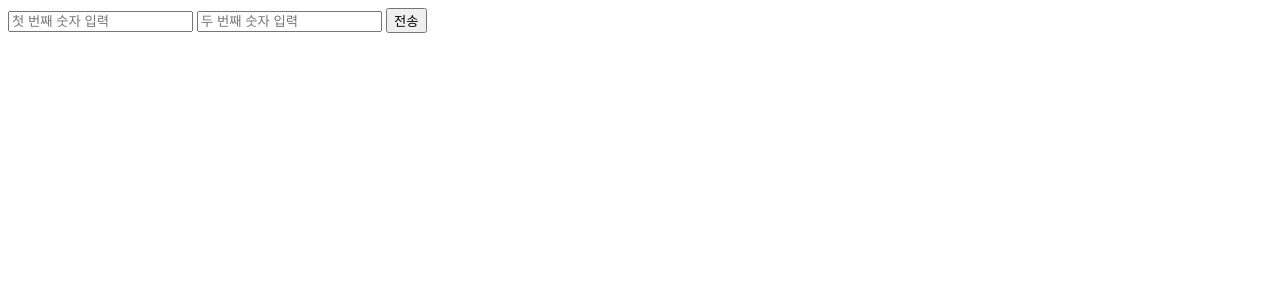
Repository: jiihyun12/jsp_study
Page: http://localhost/servlet/food_list.jsp
These files come from the project's save history. The page is drawn as it stood at one moment and after the next save; the edit follows.
The browser window is 1280 px wide. The pictures show the whole page.
The page is served by Tomcat 9.

Above is the page before, as saved 2025-03-05 03:09:57.

After the next save:
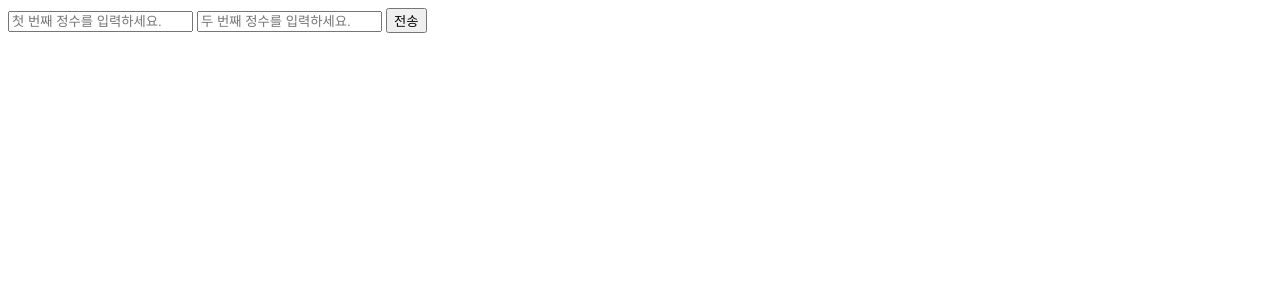
Saved 97 s later.
--- a/servlet/src/main/webapp/food_list.jsp
+++ b/servlet/src/main/webapp/food_list.jsp
@@ -7,33 +7,35 @@
 <title>음식 리스트</title>
 </head>
 <body>
-	<!--
-		두 수를 입력 받고, 두 수를 더한 결과값이 홀수인지 짝수인지
-		서블릿을 통해 응답해주는 페이지 구현
-		단, 두 수는 모두 유효성 검사가 필요하다.
-	 -->
+	 <!--
+      15분
+      두 수를 입력 받고, 두 수를 더한 결과값이 홀수인지 짝수인지
+      서블릿을 통해 응답해주는 페이지 구현 (MyServlet)
+      단, 두 수는 모두 유효성 검사가 필요하다.
+   -->
+   <form method="get" action="home">
+      <input name="num1" placeholder="첫 번째 정수를 입력하세요." />
+      <input name="num2" placeholder="두 번째 정수를 입력하세요." />
+      <button id="submit-button" type="button">전송</button>
+   </form>
 
-	<form method="post" action="home">
-      <input type="number" name="num1" placeholder="첫 번째 숫자 입력" />
-      <input type="number" name="num2" placeholder="두 번째 숫자 입력" />
-      <button type="button">전송</button>
-   	</form>
 </body>
+<script type="text/javascript">
+   const button = document.getElementById("submit-button");
+   const num1 = document.querySelector("input[name='num1']");
+   const num2 = document.querySelector("input[name='num2']");
 
-<script type="text/javascript">
-const form = document.querySelector("form");
-	const button = document.querySelector("button");
-	const num1 = document.querySelector(["input[name='num1']"]);
-	const num2 = document.querySelector(["input[name='num2']"]);
+   button.addEventListener("click", () => {
+      if(!num1.value){
+         alert('첫 번째 정수를 입력하세요. \nex)10')
+         return;
+      }
+      if(!num2.value){
+         alert('두 번째 정수를 입력하세요. \nex)10')
+         return;
+      }
+      document.querySelector('form').submit()
+   })
 
-	button.addEventListener("click", ()=>{
-
-	})
-
-
-form.submit();
-
-
-<script>
-
+</script>
 </html>
